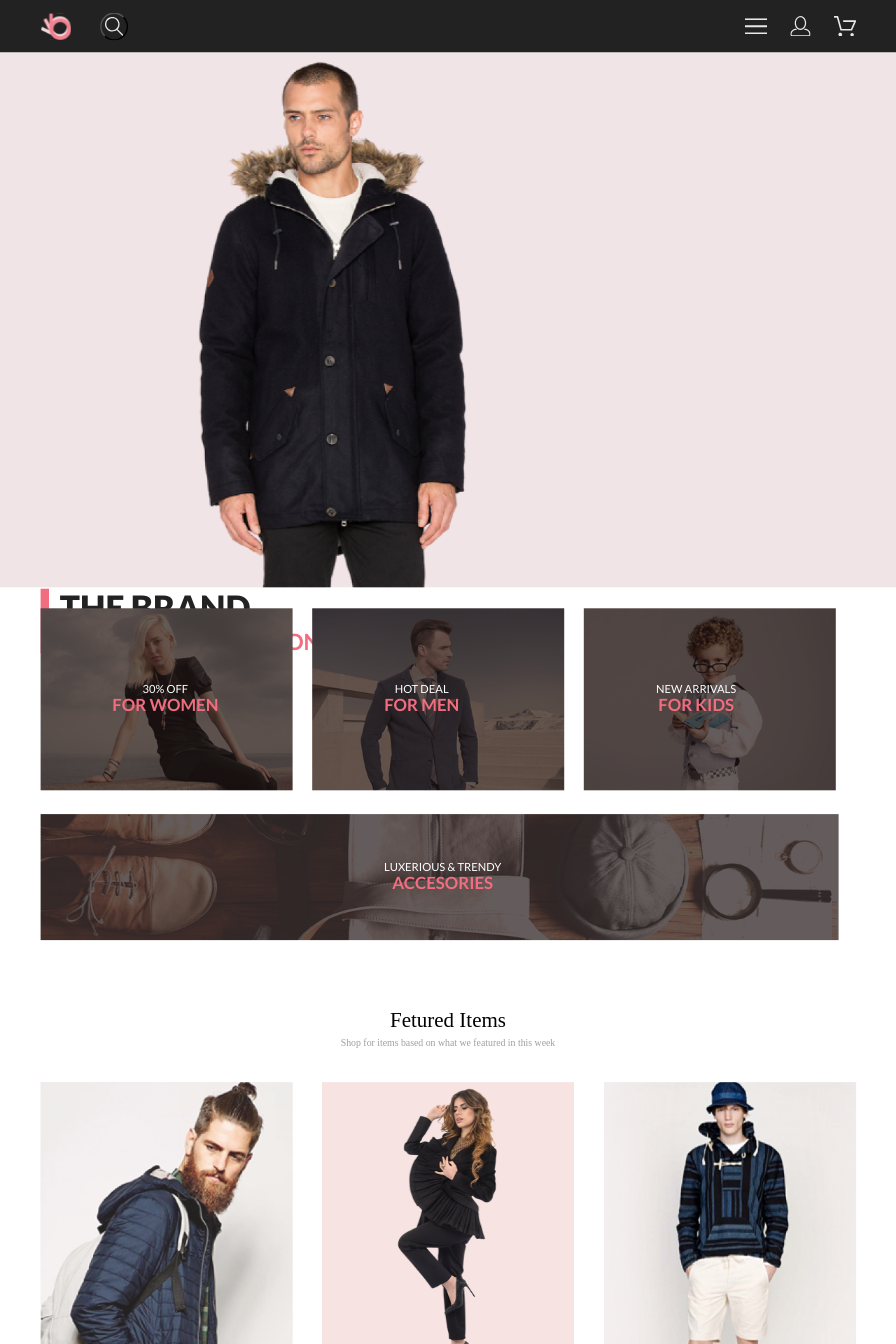
Repository: shtepaa/work-show-linkid
Page: les01/index.html
An editor plug-in stored every save of this project. The page is shown before and after a run of saves, followed by the edit.
The browser window is 1280 px wide. The pictures show the part of the page from y = 0 to 1920 px (the page is 3886 px tall), at 70% of full size.

Above is the page before, as saved 2022-02-15 11:35:45.

After the next 2 saves:
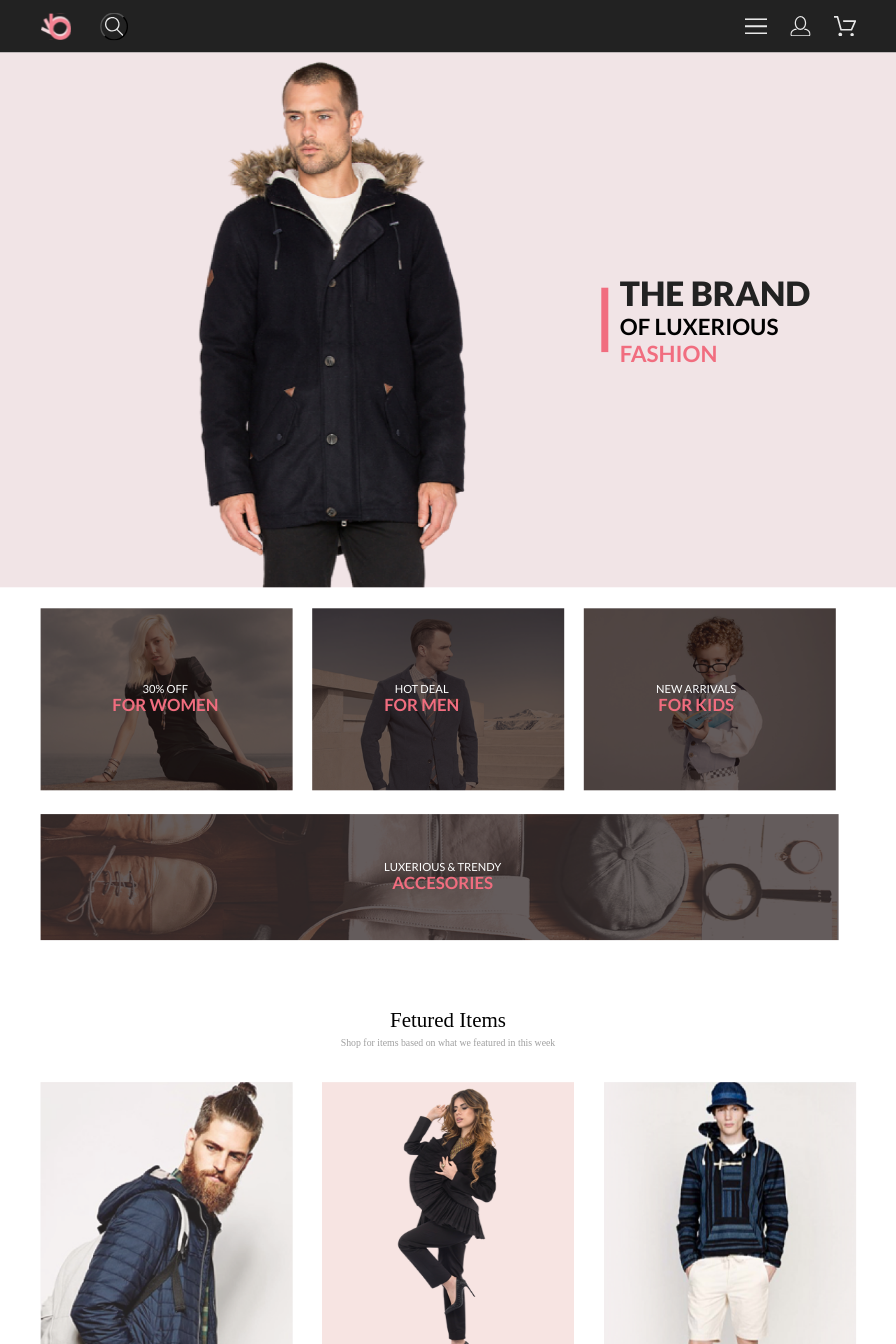
The 2 saves are shown as one change because they came seconds apart.
The last was saved 11 s later.
--- a/les01/index.html
+++ b/les01/index.html
@@ -74,8 +74,7 @@
         <div class="header-section">
           <div class="container">
 
-            <div class="header-cover"></div>
-            <div class="header-image">
+            <div class="header-cover"><div class="header-image">
               <img class="header-man"  src="img/man.png" alt="man" />
             </div>
             <div class="header-title">
@@ -84,7 +83,8 @@
                 <h1>The brand</h1>
                 <h2>of luxerious <span class="pink-word"> fashion</span></h2>
               </div>
-            </div>
+            </div></div>
+
 
           </div>
         </div>
